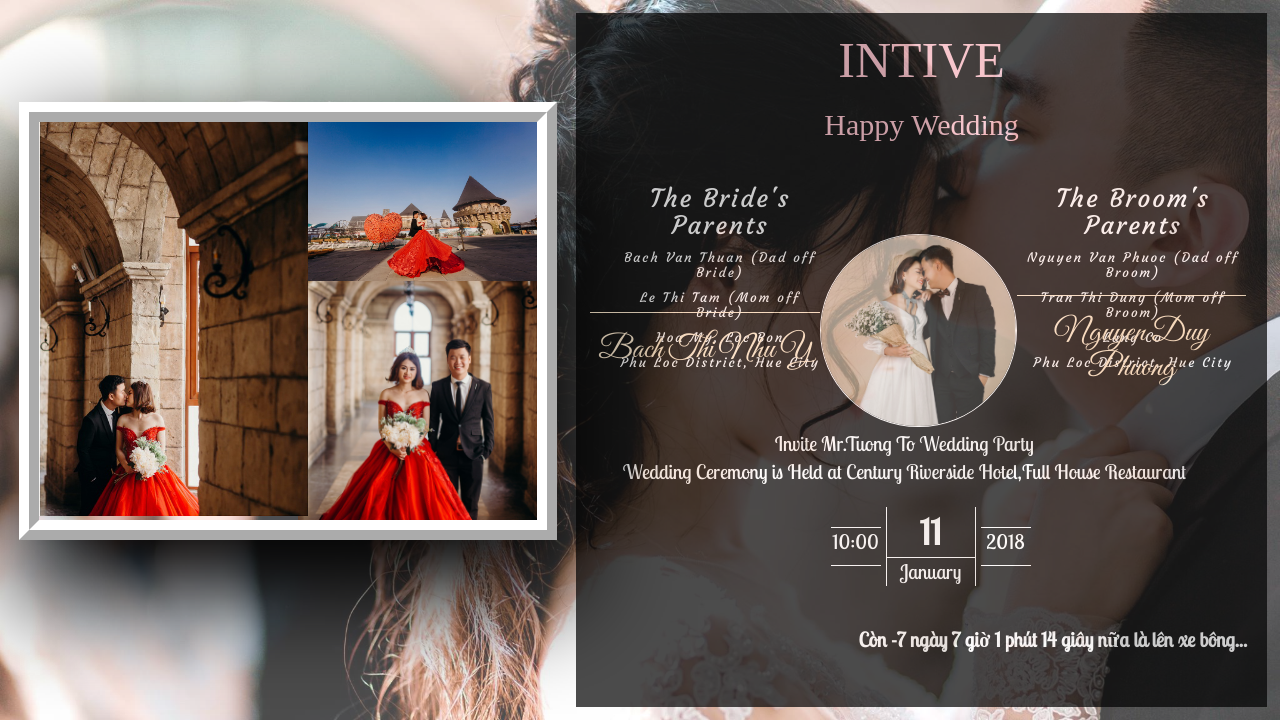
Repository: nguyenhuutuong999/WeddingOfSister
Page: index.html
The author's editor kept a copy of each file at every save. The page is drawn from the files as they stood at one save, then again after a run of saves.
The browser window is 1280 px wide. The pictures show the whole page.
Some web fonts or font styles are not loaded; a fallback is used.

Above is the page before, as saved 2019-09-17 17:31:35.

After the next 4 saves:
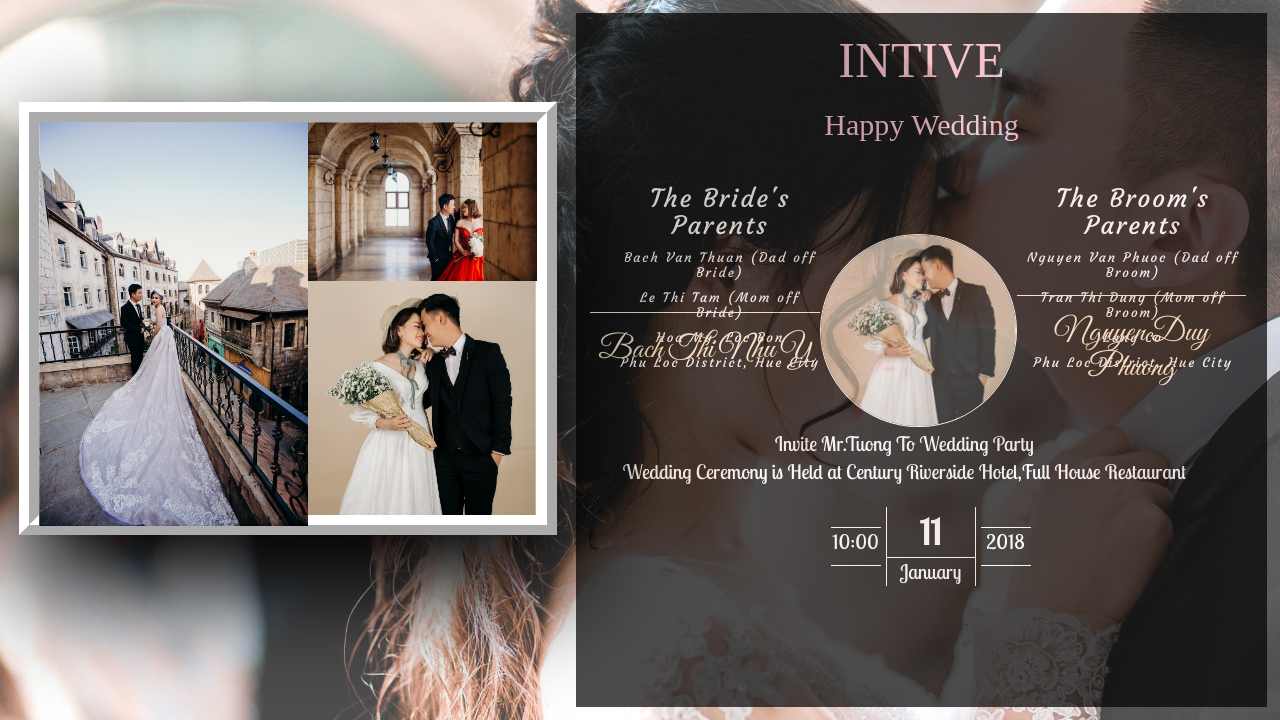
Console error: SyntaxError: Unexpected token ':'
The 4 saves are shown as one change because they came seconds apart.
The last was saved 19 s later.
--- a/index.html
+++ b/index.html
@@ -141,8 +141,8 @@
 
 
     var dateWedding = {
-
-        date: 10,
+        month:
+        date: 11,
         hour: 23,
         minutes: 59,
         second: 59,

After the 6 saves that followed:
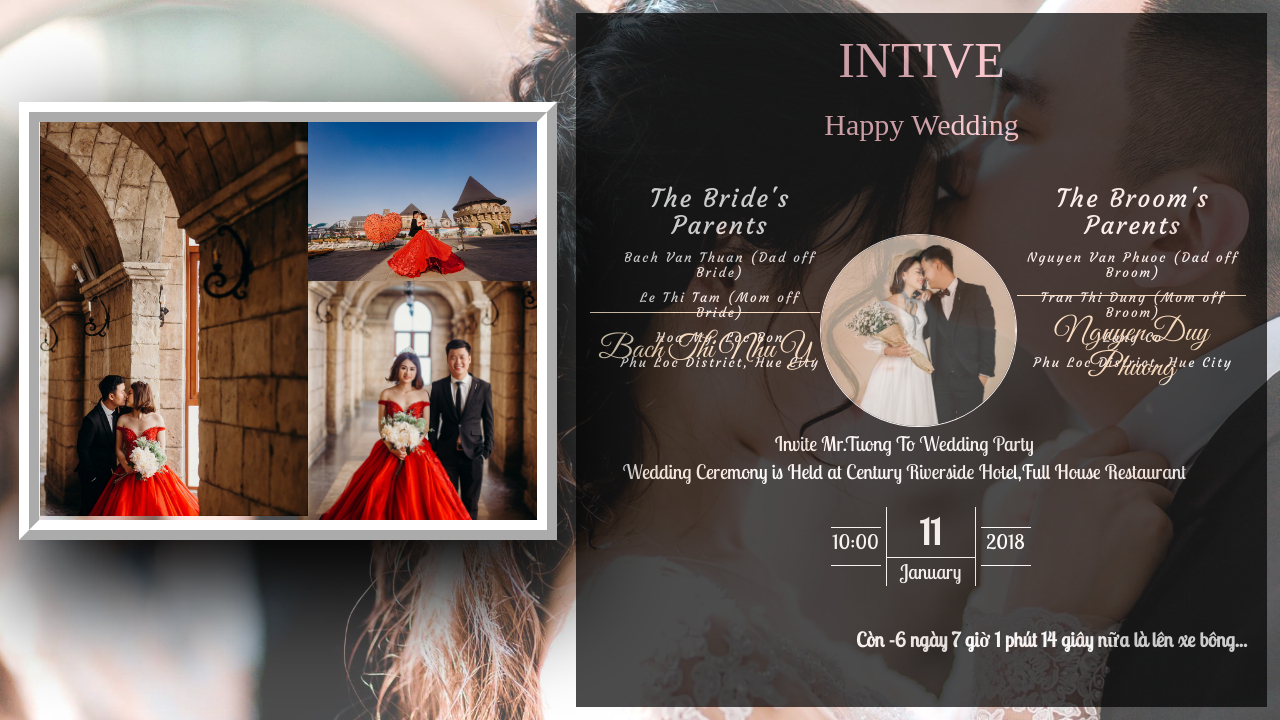
The error is gone.
The 6 saves are shown as one change because 3 left the picture as it was and some came seconds apart.
The last was saved 34 s later.
--- a/index.html
+++ b/index.html
@@ -141,7 +141,8 @@
 
 
     var dateWedding = {
-        month:
+        year : 2018,
+        month :1,
         date: 11,
         hour: 23,
         minutes: 59,
